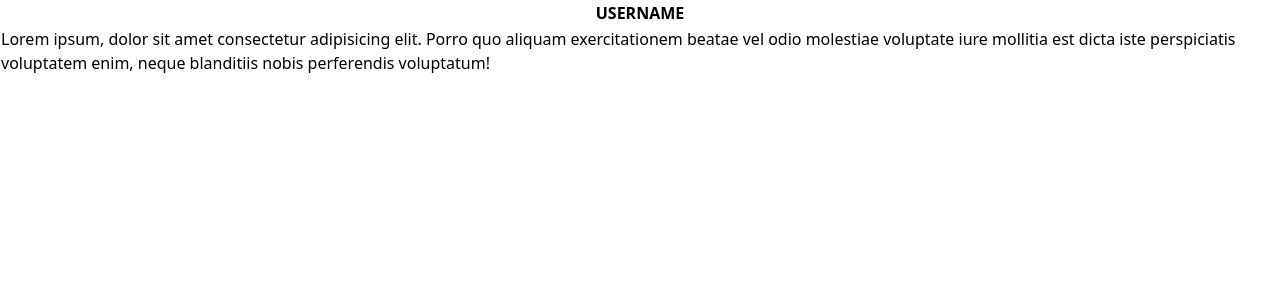
Repository: Yahya9102/Java22-ux22-Sideproject-main
Page: /
An editor plug-in stored every save of this project. The page is shown before and after the next save, followed by the edit.
The browser window is 1280 px wide. The pictures show the whole page.
The project was rebuilt for these pictures with package versions that can differ from the ones it lists, and the page was loaded fresh each time. The framework's server and built-in components were replaced by stand-ins that run in the browser. Also part of the build but not shown: next.config.js.

Above is the page before, as saved 2023-04-13 09:49:47.

### pages/index.tsx
import { NextPage } from "next"
import Body from "@/p-components/body"

interface Props {}

const Index: NextPage<Props> = ({}) => {
  return (
    <div>
      <Body />
    </div>
  )
}

export default Index

### styles/globals.css
@tailwind base;
@tailwind components;
@tailwind utilities;
/*
:root {
  --max-width: 1100px;
  --border-radius: 12px;
  --font-mono: ui-monospace, Menlo, Monaco, "Cascadia Mono", "Segoe UI Mono",
    "Roboto Mono", "Oxygen Mono", "Ubuntu Monospace", "Source Code Pro",
    "Fira Mono", "Droid Sans Mono", "Courier New", monospace;

  --foreground-rgb: 0, 0, 0;
  --background-start-rgb: 214, 219, 220;
  --background-end-rgb: 255, 255, 255;

  --primary-glow: conic-gradient(
    from 180deg at 50% 50%,
    #16abff33 0deg,
    #0885ff33 55deg,
    #54d6ff33 120deg,
    #0071ff33 160deg,
    transparent 360deg
  );
  --secondary-glow: radial-gradient(
    rgba(255, 255, 255, 1),
    rgba(255, 255, 255, 0)
  );

  --tile-start-rgb: 239, 245, 249;
  --tile-end-rgb: 228, 232, 233;
  --tile-border: conic-gradient(
    #00000080,
    #00000040,
    #00000030,
    #00000020,
    #00000010,
    #00000010,
    #00000080
  );

  --callout-rgb: 238, 240, 241;
  --callout-border-rgb: 172, 175, 176;
  --card-rgb: 180, 185, 188;
  --card-border-rgb: 131, 134, 135;
}

@media (prefers-color-scheme: dark) {
  :root {
    --foreground-rgb: 255, 255, 255;
    --background-start-rgb: 0, 0, 0;
    --background-end-rgb: 0, 0, 0;

    --primary-glow: radial-gradient(rgba(1, 65, 255, 0.4), rgba(1, 65, 255, 0));
    --secondary-glow: linear-gradient(
      to bottom right,
      rgba(1, 65, 255, 0),
      rgba(1, 65, 255, 0),
      rgba(1, 65, 255, 0.3)
    );

    --tile-start-rgb: 2, 13, 46;
    --tile-end-rgb: 2, 5, 19;
    --tile-border: conic-gradient(
      #ffffff80,
      #ffffff40,
      #ffffff30,
      #ffffff20,
      #ffffff10,
      #ffffff10,
      #ffffff80
    );

    --callout-rgb: 20, 20, 20;
    --callout-border-rgb: 108, 108, 108;
    --card-rgb: 100, 100, 100;
    --card-border-rgb: 200, 200, 200;
  }
}

* {
  box-sizing: border-box;
  padding: 0;
  margin: 0;
}

html,
body {
  max-width: 100vw;
  overflow-x: hidden;
}

body {
  color: rgb(var(--foreground-rgb));
  background: linear-gradient(
      to bottom,
      transparent,
      rgb(var(--background-end-rgb))
    )
    rgb(var(--background-start-rgb));
}

a {
  color: inherit;
  text-decoration: none;
}

@media (prefers-color-scheme: dark) {
  html {
    color-scheme: dark;
  }
}
*/

### p-components/body.tsx
import { NextPage } from "next"

interface Props {}

const Body: NextPage<Props> = ({}) => {
  return (
    <div>
      <table>
        <tr>
          <th>USERNAME</th>
        </tr>
        <tr>
          <td>
            Lorem ipsum, dolor sit amet consectetur adipisicing elit. Porro quo
            aliquam exercitationem beatae vel odio molestiae voluptate iure
            mollitia est dicta iste perspiciatis voluptatem enim, neque
            blanditiis nobis perferendis voluptatum!
          </td>
        </tr>
      </table>
    </div>
  )
}

export default Body

Loaded but not shown: pages/_app.tsx (common file); pages/_document.tsx (common file); tailwind.config.js (common file)

After the next save:
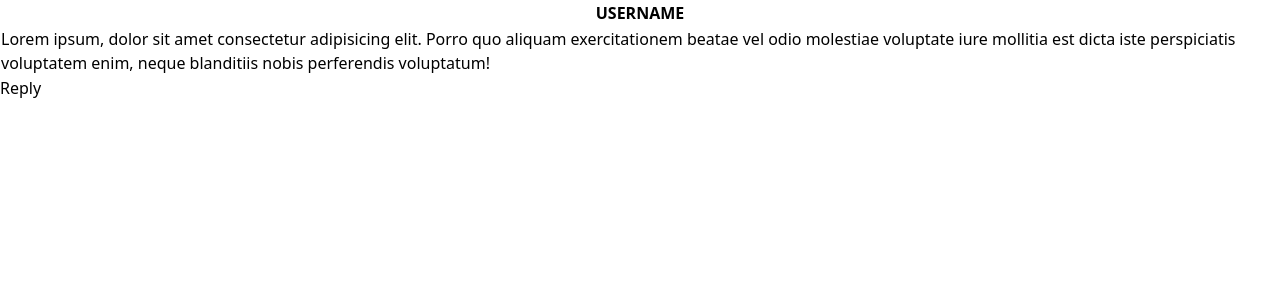
Saved 44 s later.
--- a/p-components/body.tsx
+++ b/p-components/body.tsx
@@ -17,6 +17,9 @@
             blanditiis nobis perferendis voluptatum!
           </td>
         </tr>
+        <tr>
+          <button type="submit">Reply</button>
+        </tr>
       </table>
     </div>
   )

After the 2 saves that followed:
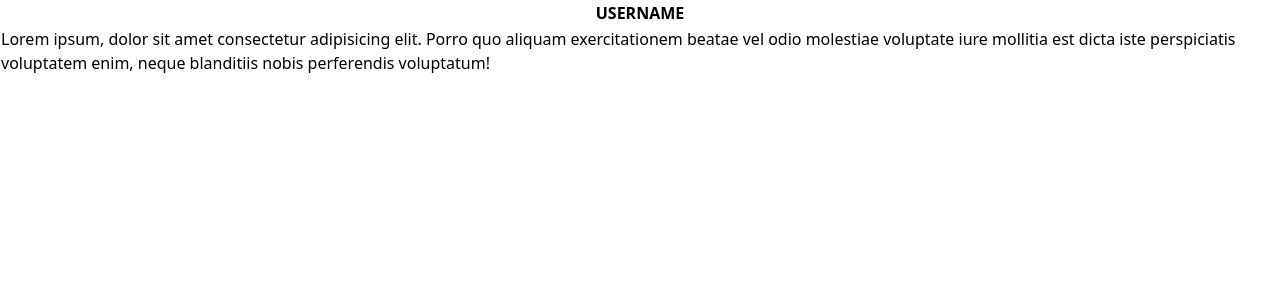
The 2 saves are shown as one change because 1 left the picture as it was.
The last was saved 48 s later.
--- a/p-components/body.tsx
+++ b/p-components/body.tsx
@@ -17,9 +17,6 @@
             blanditiis nobis perferendis voluptatum!
           </td>
         </tr>
-        <tr>
-          <button type="submit">Reply</button>
-        </tr>
       </table>
     </div>
   )
